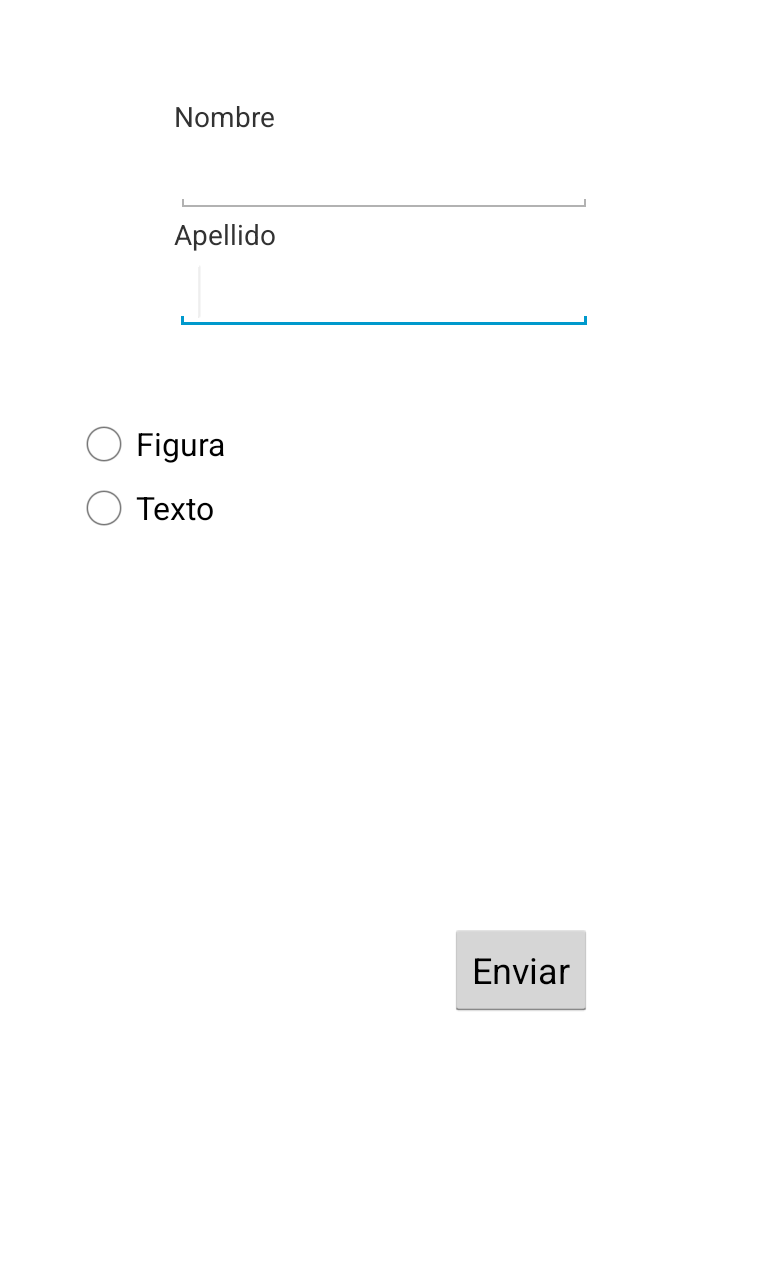
Repository: Anrai/android-app
Layout: Ejercicios/res/layout/activity_main.xml
These files come from the project's save history. The layout is drawn as it stood at one moment and after the next save; the edit follows.
It is drawn on a 768 x 1280 px phone screen (xhdpi) without system bars, with theme AppTheme; the app's code is not run.

Above is the layout before, as saved 2014-05-08 00:57:26.

After the next save:
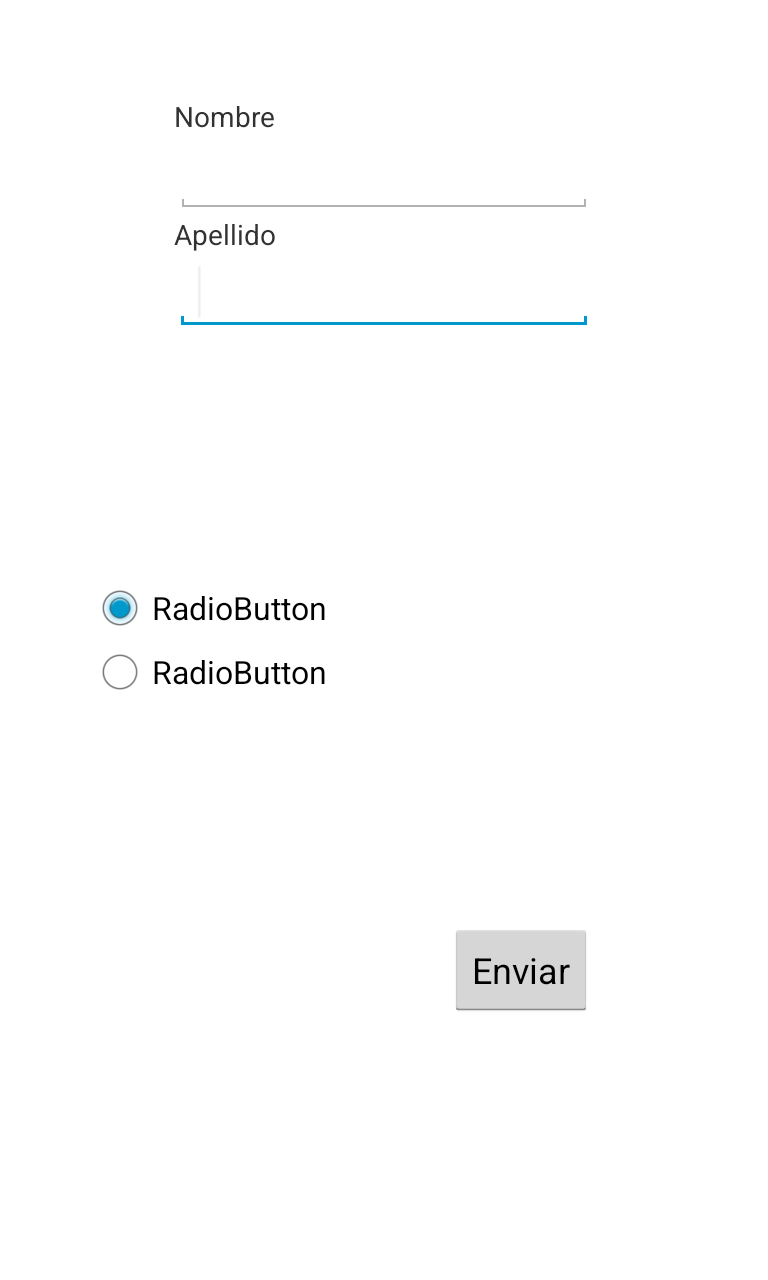
Saved 90 s later.
--- a/Ejercicios/res/layout/activity_main.xml
+++ b/Ejercicios/res/layout/activity_main.xml
@@ -45,16 +45,6 @@
         <requestFocus />
     </EditText>
 
-    <RadioGroup
-        android:id="@+id/graficacion"
-        android:layout_width="wrap_content"
-        android:layout_height="wrap_content"
-        android:layout_alignParentLeft="true"
-        android:layout_below="@+id/enviar"
-        android:layout_marginLeft="20dp"
-        android:layout_marginTop="28dp" >
-    </RadioGroup>
-
     <Button
         android:id="@+id/enviar"
         android:layout_width="wrap_content"
@@ -65,23 +55,26 @@
         android:onClick="enviar"
         android:text="Enviar" />
 
-    <RadioButton
-        android:id="@+id/figura"
+    <RadioGroup
+        android:id="@+id/radioGroup1"
         android:layout_width="wrap_content"
         android:layout_height="wrap_content"
-        android:layout_alignLeft="@+id/graficacion"
-        android:layout_below="@+id/apellido"
-        android:layout_marginTop="40dp"
-        android:checked="false"
-        android:text="Figura" />
+        android:layout_alignParentLeft="true"
+        android:layout_centerVertical="true"
+        android:layout_marginLeft="28dp" >
 
-    <RadioButton
-        android:id="@+id/texto"
-        android:layout_width="wrap_content"
-        android:layout_height="wrap_content"
-        android:layout_alignLeft="@+id/graficacion"
-        android:layout_below="@+id/figura"
-        android:checked="false"
-        android:text="Texto" />
+        <RadioButton
+            android:id="@+id/figura"
+            android:layout_width="wrap_content"
+            android:layout_height="wrap_content"
+            android:checked="true"
+            android:text="RadioButton" />
+
+        <RadioButton
+            android:id="@+id/texto"
+            android:layout_width="wrap_content"
+            android:layout_height="wrap_content"
+            android:text="RadioButton" />
+    </RadioGroup>
 
 </RelativeLayout>
